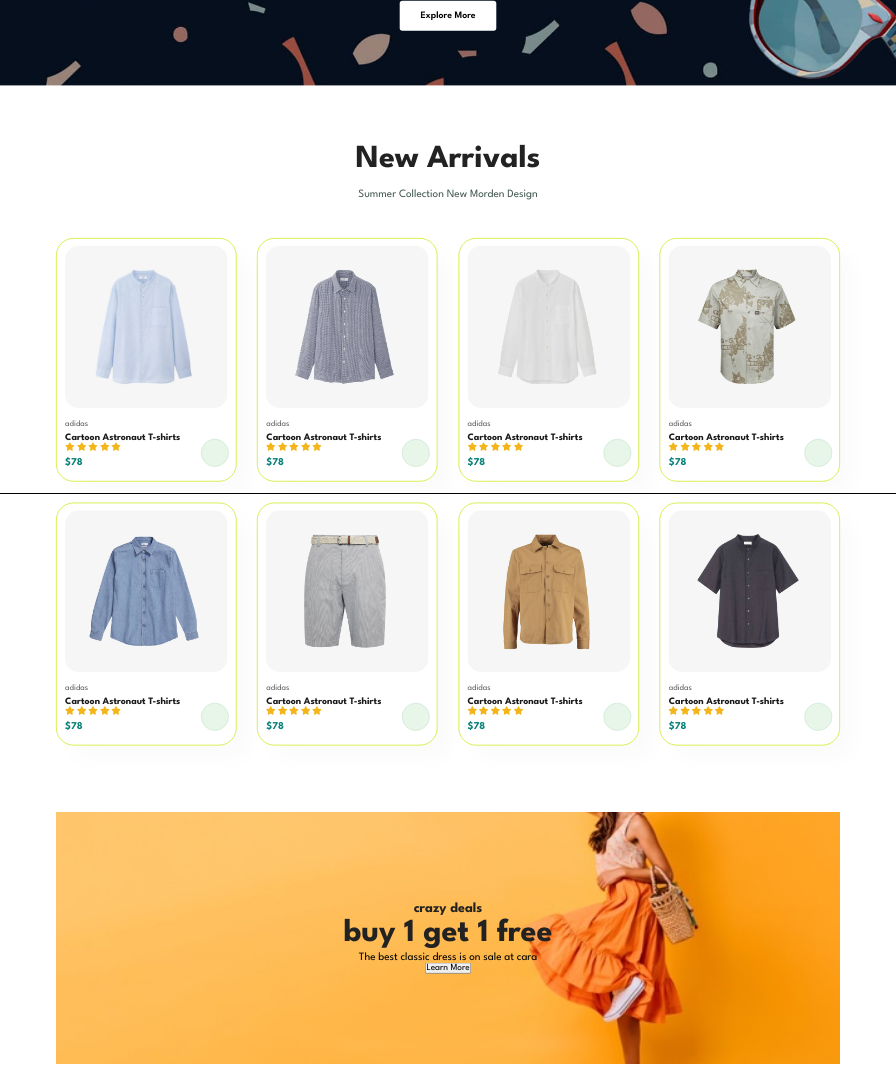
Repository: quy261001/cara
Page: index.html
An editor plug-in stored every save of this project. The page is shown before and after the next save, followed by the edit.
The browser window is 1280 px wide. The pictures show the part of the page from y = 2200 to 4120 px (the page is 3760 px tall before and 4120 px after), at 70% of full size.

Above is the page before, as saved 2022-05-01 20:08:30.

### index.html
<!DOCTYPE html>
<html lang="en">
<head>
  <meta charset="UTF-8">
  <meta http-equiv="X-UA-Compatible" content="IE=edge">
  <meta name="viewport" content="width=device-width, initial-scale=1.0">
  <link rel="stylesheet" href="style.css">
  <title>Cara</title>
</head>
<body>
  <section class="header">
    <a href="#"><img src="img/logo.png" class="logo" alt=""></a>

    <div>
      <ul class="navbar">
        <li><a class="active" href="index.html">Home</a></li>
        <li><a href="shop.html">Shop</a></li>
        <li><a href="blog.html">Blog</a></li>
        <li><a href="about.html">About</a></li>
        <li><a href="contact.html">Contact</a></li>
        <li><a href="cart.html"><i class="far fa-shopping-bag"></i></a></li>
      </ul>
    </div>
  </section>

  <section class="hero">
    <h4>Trade-in-offer</h4>
    <h2>Super value deals</h2>
    <h1>On all products</h1>
    <p>Save more with coupon & up to 70% off!</p>
    <button>Shop Now</button>
  </section>

  <section class="feature section-p1">
    <div class="fe-box">
      <img src="img/features/f1.png" alt="">
      <h6>Free Shipping</h6>
    </div>
    <div class="fe-box">
      <img src="img/features/f2.png" alt="">
      <h6>Online Order</h6>
    </div>
    <div class="fe-box">
      <img src="img/features/f3.png" alt="">
      <h6>Save Money</h6>
    </div>
    <div class="fe-box">
      <img src="img/features/f4.png" alt="">
      <h6>Promotions</h6>
    </div>
    <div class="fe-box">
      <img src="img/features/f5.png" alt="">
      <h6>Happy Sell</h6>
    </div>
    <div class="fe-box">
      <img src="img/features/f6.png" alt="">
      <h6>F24/7 Support</h6>
    </div>
  </section>

  <section class="product1 section-p1">
    <h2>Featured Products</h2>
    <p>Summer Collection New Morden Design</p>
    <div class="pro-container">
      <div class="pro">
        <img src="img/products/f1.jpg" alt="">
        <div class="des">
          <span>adidas</span>
          <h5>Cartoon Astronaut T-shirts</h5>
          <div class="star">
            <i class="fas fa-star"></i>
            <i class="fas fa-star"></i>
            <i class="fas fa-star"></i>
            <i class="fas fa-star"></i>
            <i class="fas fa-star"></i>
          </div>
          <h4>$78</h4>
        </div>
        <a href=""><i class="fal fa-shopping-cart cart"></i></a>
      </div>
      <div class="pro">
        <img src="img/products/f2.jpg" alt="">
        <div class="des">
          <span>adidas</span>
          <h5>Cartoon Astronaut T-shirts</h5>
          <div class="star">
            <i class="fas fa-star"></i>
            <i class="fas fa-star"></i>
            <i class="fas fa-star"></i>
            <i class="fas fa-star"></i>
            <i class="fas fa-star"></i>
          </div>
          <h4>$78</h4>
        </div>
        <a href=""><i class="fal fa-shopping-cart cart"></i></a>
      </div>
      <div class="pro">
        <img src="img/products/f3.jpg" alt="">
        <div class="des">
          <span>adidas</span>
          <h5>Cartoon Astronaut T-shirts</h5>
          <div class="star">
            <i class="fas fa-star"></i>
            <i class="fas fa-star"></i>
            <i class="fas fa-star"></i>
            <i class="fas fa-star"></i>
            <i class="fas fa-star"></i>
          </div>
          <h4>$78</h4>
        </div>
        <a href=""><i class="fal fa-shopping-cart cart"></i></a>
      </div>
      <div class="pro">
        <img src="img/products/f4.jpg" alt="">
        <div class="des">
          <span>adidas</span>
          <h5>Cartoon Astronaut T-shirts</h5>
          <div class="star">
            <i class="fas fa-star"></i>
            <i class="fas fa-star"></i>
            <i class="fas fa-star"></i>
            <i class="fas fa-star"></i>
            <i class="fas fa-star"></i>
          </div>
          <h4>$78</h4>
        </div>
        <a href=""><i class="fal fa-shopping-cart cart"></i></a>
      </div>
      <div class="pro">
        <img src="img/products/f5.jpg" alt="">
        <div class="des">
          <span>adidas</span>
          <h5>Cartoon Astronaut T-shirts</h5>
          <div class="star">
            <i class="fas fa-star"></i>
            <i class="fas fa-star"></i>
            <i class="fas fa-star"></i>
            <i class="fas fa-star"></i>
            <i class="fas fa-star"></i>
          </div>
          <h4>$78</h4>
        </div>
        <a href=""><i class="fal fa-shopping-cart cart"></i></a>
      </div>
      <div class="pro">
        <img src="img/products/f6.jpg" alt="">
        <div class="des">
          <span>adidas</span>
          <h5>Cartoon Astronaut T-shirts</h5>
          <div class="star">
            <i class="fas fa-star"></i>
            <i class="fas fa-star"></i>
            <i class="fas fa-star"></i>
            <i class="fas fa-star"></i>
            <i class="fas fa-star"></i>
          </div>
          <h4>$78</h4>
        </div>
        <a href=""><i class="fal fa-shopping-cart cart"></i></a>
      </div>
      <div class="pro">
        <img src="img/products/f7.jpg" alt="">
        <div class="des">
          <span>adidas</span>
          <h5>Cartoon Astronaut T-shirts</h5>
          <div class="star">
            <i class="fas fa-star"></i>
            <i class="fas fa-star"></i>
            <i class="fas fa-star"></i>
            <i class="fas fa-star"></i>
            <i class="fas fa-star"></i>
          </div>
          <h4>$78</h4>
        </div>
        <a href=""><i class="fal fa-shopping-cart cart"></i></a>
      </div>
      <div class="pro">
        <img src="img/products/f8.jpg" alt="">
        <div class="des">
          <span>adidas</span>
          <h5>Cartoon Astronaut T-shirts</h5>
          <div class="star">
            <i class="fas fa-star"></i>
            <i class="fas fa-star"></i>
            <i class="fas fa-star"></i>
            <i class="fas fa-star"></i>
            <i class="fas fa-star"></i>
          </div>
          <h4>$78</h4>
        </div>
        <a href=""><i class="fal fa-shopping-cart cart"></i></a>
      </div>
    </div>

  </section>

  <section class="banner section-m1">
    <h4>Repair Services</h4>
    <h2>Up to <span>70% Off</span> All t-shirts & Accessories</h2>
    <button class="normal">Explore More</button>
  </section>

  <section class="product1 section-p1">
    <h2>New Arrivals</h2>
    <p>Summer Collection New Morden Design</p>
    <div class="pro-container">
      <div class="pro">
        <img src="img/products/n1.jpg" alt="">
        <div class="des">
          <span>adidas</span>
          <h5>Cartoon Astronaut T-shirts</h5>
          <div class="star">
            <i class="fas fa-star"></i>
            <i class="fas fa-star"></i>
            <i class="fas fa-star"></i>
            <i class="fas fa-star"></i>
            <i class="fas fa-star"></i>
          </div>
          <h4>$78</h4>
        </div>
        <a href=""><i class="fal fa-shopping-cart cart"></i></a>
      </div>
      <div class="pro">
        <img src="img/products/n2.jpg" alt="">
        <div class="des">
          <span>adidas</span>
          <h5>Cartoon Astronaut T-shirts</h5>
          <div class="star">
            <i class="fas fa-star"></i>
            <i class="fas fa-star"></i>
            <i class="fas fa-star"></i>
            <i class="fas fa-star"></i>
            <i class="fas fa-star"></i>
          </div>
          <h4>$78</h4>
        </div>
        <a href=""><i class="fal fa-shopping-cart cart"></i></a>
      </div>
      <div class="pro">
        <img src="img/products/n3.jpg" alt="">
        <div class="des">
          <span>adidas</span>
          <h5>Cartoon Astronaut T-shirts</h5>
          <div class="star">
            <i class="fas fa-star"></i>
            <i class="fas fa-star"></i>
            <i class="fas fa-star"></i>
            <i class="fas fa-star"></i>
            <i class="fas fa-star"></i>
          </div>
          <h4>$78</h4>
        </div>
        <a href=""><i class="fal fa-shopping-cart cart"></i></a>
      </div>
      <div class="pro">
        <img src="img/products/n4.jpg" alt="">
        <div class="des">
          <span>adidas</span>
          <h5>Cartoon Astronaut T-shirts</h5>
          <div class="star">
            <i class="fas fa-star"></i>
            <i class="fas fa-star"></i>
            <i class="fas fa-star"></i>
            <i class="fas fa-star"></i>
            <i class="fas fa-star"></i>
          </div>
          <h4>$78</h4>
        </div>
        <a href=""><i class="fal fa-shopping-cart cart"></i></a>
      </div>
      <div class="pro">
        <img src="img/products/n5.jpg" alt="">
        <div class="des">
          <span>adidas</span>
          <h5>Cartoon Astronaut T-shirts</h5>
          <div class="star">
            <i class="fas fa-star"></i>
            <i class="fas fa-star"></i>
            <i class="fas fa-star"></i>
            <i class="fas fa-star"></i>
            <i class="fas fa-star"></i>
          </div>
          <h4>$78</h4>
        </div>
        <a href=""><i class="fal fa-shopping-cart cart"></i></a>
      </div>
      <div class="pro">
        <img src="img/products/n6.jpg" alt="">
        <div class="des">
          <span>adidas</span>
          <h5>Cartoon Astronaut T-shirts</h5>
          <div class="star">
            <i class="fas fa-star"></i>
            <i class="fas fa-star"></i>
            <i class="fas fa-star"></i>
            <i class="fas fa-star"></i>
            <i class="fas fa-star"></i>
          </div>
          <h4>$78</h4>
        </div>
        <a href=""><i class="fal fa-shopping-cart cart"></i></a>
      </div>
      <div class="pro">
        <img src="img/products/n7.jpg" alt="">
        <div class="des">
          <span>adidas</span>
          <h5>Cartoon Astronaut T-shirts</h5>
          <div class="star">
            <i class="fas fa-star"></i>
            <i class="fas fa-star"></i>
            <i class="fas fa-star"></i>
            <i class="fas fa-star"></i>
            <i class="fas fa-star"></i>
          </div>
          <h4>$78</h4>
        </div>
        <a href=""><i class="fal fa-shopping-cart cart"></i></a>
      </div>
      <div class="pro">
        <img src="img/products/n8.jpg" alt="">
        <div class="des">
          <span>adidas</span>
          <h5>Cartoon Astronaut T-shirts</h5>
          <div class="star">
            <i class="fas fa-star"></i>
            <i class="fas fa-star"></i>
            <i class="fas fa-star"></i>
            <i class="fas fa-star"></i>
            <i class="fas fa-star"></i>
          </div>
          <h4>$78</h4>
        </div>
        <a href=""><i class="fal fa-shopping-cart cart"></i></a>
      </div>
    </div>

  </section>

  <section class="sm-banner section-p1">
      <div class="banner-box">
        <h4>crazy deals</h4>
        <h2>buy 1 get 1 free</h2>
        <span>The best classic dress is on sale at cara</span>
        <button>Learn More</button>
      </div>
  </section>




  <script src="script.js"></script>
  <script defer src="https://pro.fontawesome.com/releases/v5.15.4/js/all.js"></script>
</body>
</html>

### style.css
@import url('https://fonts.googleapis.com/css2?family=League+Spartan:wght@100;200;300;400;500;600;700;800;900&display=swap');
* {
  margin: 0;
  padding: 0;
  box-sizing: border-box;
  font-family: 'League Spartan', sans-serif;
}
h1 {
  font-size: 50px;
  line-height: 64px;
  color: #222;
}
h2 {
  font-size: 46px;
  line-height: 53px;
  color: #222;
}
h4 {
  font-size: 20px;
  color: #222;
}
h6 {
  font-weight: 700;
  font-size: 12px;
}
p {
  font-size: 16px;
  color: #465b52;
  margin: 15px 0 20px 0;
}
.section-p1 {
  padding: 40px 80px;
}
.section-m1 {
  margin: 40px 0;
}
button.normal {
  font-size: 14px;
  font-weight: 600;
  padding: 15px 30px;
  color: #000;
  background-color: #fff;
  border-radius: 4px;
  cursor: pointer;
  border: none;
  outline: none;
  transition: 0.2s;
}
body {
  width: 100%;
}

/* Header-start */
.header {
  display: flex;
  justify-content: space-between;
  align-items: center;
  padding: 20px 80px;
  background-color: #E3E6F3;
  box-shadow: 0 5px 15px rgba(0, 0, 0, 0.06);
  z-index: 999;
  position: sticky;
  top: 0;
  left: 0;
}

.navbar {
  display: flex;
  align-items: center;
  justify-content: center;
}

.navbar li {
  list-style: none;
  padding: 0 20px;
  position: relative;
}

.navbar li a {
  text-decoration: none;
  font-size:16px;
  font-weight: 600;
  color: #1a1a1a;
  transition: 0.3s ease;
}

.navbar li a:hover,
.navbar li a.active {
  color: #088178;
}

.navbar li a.active::after,
.navbar li a:hover::after {
  content: "";
  width: 30%;
  height: 2px;
  background-color: #088178;
  position: absolute;
  bottom: -4px;
  left: 20px;
}
/* Home page */
.hero {
  background-image: url("img/hero4.png");
  height: 90vh;
  width: 100%;
  background-position: top 25% right 0;
  background-size: cover;
  display: flex;
  justify-content: center;
  align-items: flex-start;
  flex-direction: column;
  padding: 0 80px;
}

.hero h4 {
  padding-bottom: 15px;
}

.hero h1 {
  color: #088178;
}

.hero button {
  background-image: url("img/button.png");
  background-color: transparent;
  color: #088178;
  border: 0;
  padding: 14px 80px 14px 80px;
  background-repeat: no-repeat;
  cursor: pointer;
  font-weight: 700;
}

.feature {
  display: flex;
  align-items: center;
  justify-content: space-between;
  flex-wrap: wrap;
}

.feature .fe-box {
   width: 180px;
   text-align: center;
   padding: 25px 15px;
   box-shadow: 20px 20px 34px rgba(0, 0, 0, 0.03);
   border: 1px solid #cce7d0;
   border-radius: 4px;
   margin: 15px 0;
}

.feature .fe-box:hover {
  box-shadow: 10px 10px 54px rgba(70, 62, 221, 0.1);
}
.feature .fe-box img {
  width: 100%;
  margin-bottom: 10px;
}
.feature .fe-box h6 {
  display: inline-block;
  padding: 9px 8px 6px 8px;
  line-height: 1;
  border-radius: 4px;
  color: #088178;
  background-color: #fddde4;
}
.feature .fe-box:nth-child(2) h6 {
  background-color: #cdebbc;
}
.feature .fe-box:nth-child(3) h6 {
  background-color: #d1e8f2;
}
.feature .fe-box:nth-child(4) h6 {
  background-color: #cdd4f8;
}
.feature .fe-box:nth-child(5) h6 {
  background-color: #f6dbf6;
}
.feature .fe-box:nth-child(6) h6 {
  background-color: #fff2e5;
}

.product1 {
  text-align: center;
}
.product1 .pro-container {
  display: flex;
  justify-content: space-between;
  flex-wrap: wrap;
  padding-top: 20px;
}
.product1 .pro {
  position: relative;
  width: 23%;
  min-width: 250px;
  padding: 10px 12px;
  border: 1px solid #cce70d;
  border-radius: 25px;
  cursor: pointer;
  box-shadow: 20px 20px 30px rgba(0, 0, 0, 0.02);
  margin: 15px 0;
  transition: 0.2s ease;
}
.product1 .pro:hover {
  box-shadow: 20px 20px 30px rgba(0, 0, 0, 0.06);
}
.product1 .pro img {
  width: 100%;
  border-radius: 20px;
}
.product1 .pro .des {
  text-align: start;
  padding: 10px 0;
}
.product1 .pro .des span {
  color: #606063;
  font-size: 12px;
}
.product1 .pro .des h5 {
  padding-top: 7px;
  color: #1a1a1a;
  font-size: 14px;
}
.star {
  font-size: 12px;
  color: rgb(243, 181, 25);
}
.product1 .pro .des h4 {
  padding-top: 7px;
  font-size: 15px;
  font-weight: 700;
  color: #088178;
}
.product1 .pro .cart {
  width: 40px;
  height: 40px;
  line-height: 40px;
  border-radius: 50px;
  background-color: #e8f6ea;
  font-weight: 500;
  color: #088178;
  border: 1px solid #cce7d0;
  padding: 10px;
  position: absolute;
  bottom: 20px;
  right: 10px;
}

.banner {
  display: flex;
  flex-direction: column;
  justify-content: center;
  align-items: center;
  background-image: url("img/banner/b2.jpg");
  width: 100%;
  height: 40vh;
  background-size: cover;
  background-position: center;
}
.banner h4 {
  color: #fff;
  font-size: 16px;
}
.banner h2 {
  color: #fff;
  font-size: 30px;
  padding: 10px 0;
}
.banner h2 span {
  color: #ef3636;
}
.banner button:hover {
  background: #088178;
  color: #fff;
}

.sm-banner .banner-box {
  display: flex;
  flex-direction: column;
  justify-content: center;
  align-items: center;
  text-align: center;
  background-image: url("img/banner/b17.jpg");
  min-width: 580px;
  height: 50vh;
  background-size: cover;
  background-position: center;
}

Loaded but not shown: script.js (no copy from this time; the picture is the same without it)

After the next save:
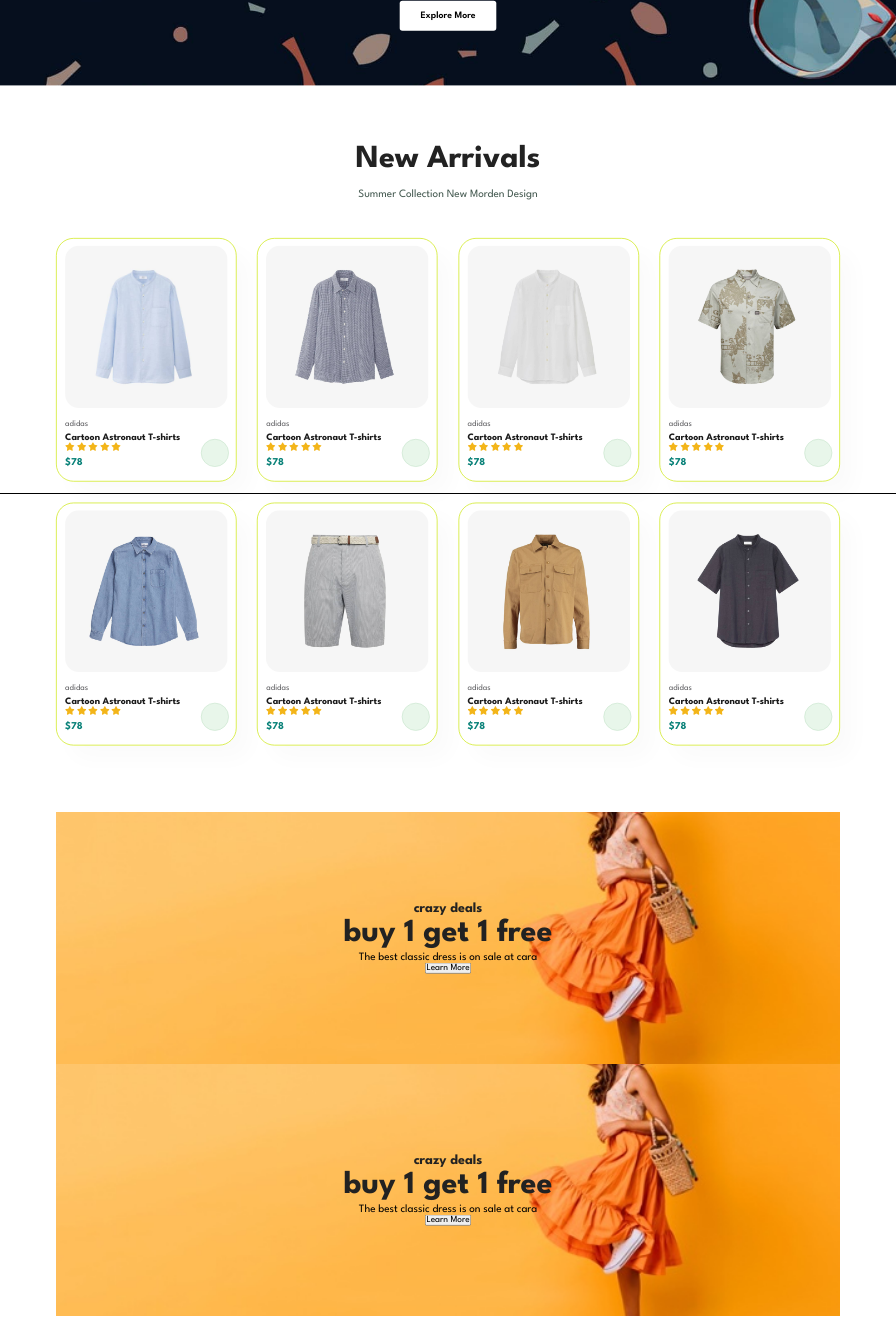
Saved 118 s later.
--- a/index.html
+++ b/index.html
@@ -343,6 +343,12 @@
         <span>The best classic dress is on sale at cara</span>
         <button>Learn More</button>
       </div>
+      <div class="banner-box">
+        <h4>crazy deals</h4>
+        <h2>buy 1 get 1 free</h2>
+        <span>The best classic dress is on sale at cara</span>
+        <button>Learn More</button>
+      </div>
   </section>
 
 
